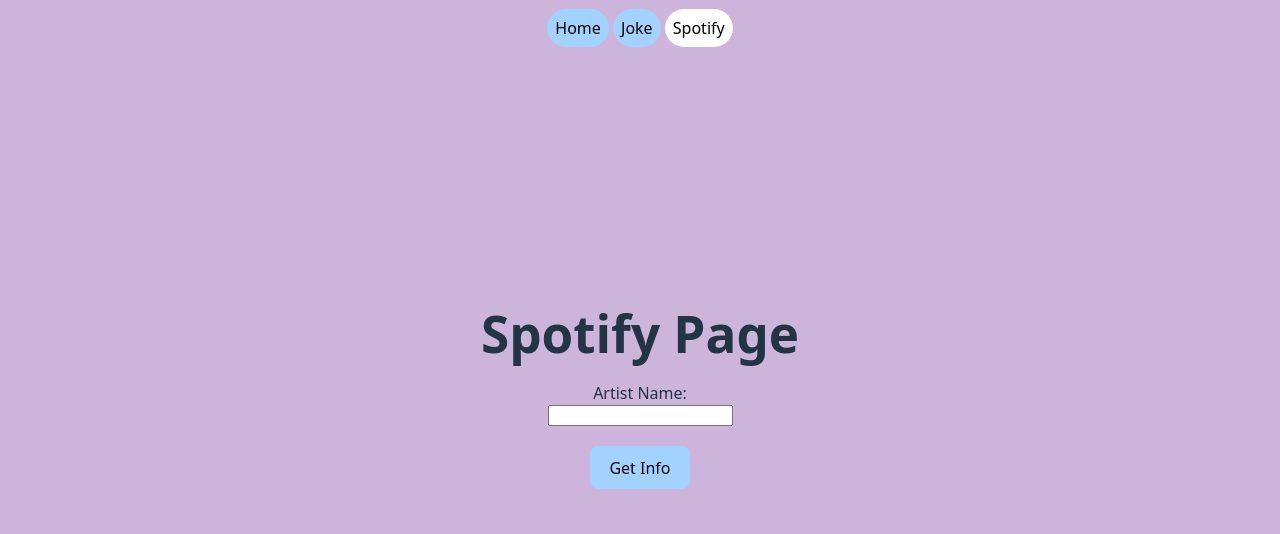
Repository: rosieomusic/spotify-react
Page: /spotify
These files come from the project's save history. The page is drawn as it stood at one moment and after the next save; the edit follows.
The browser window is 1280 px wide. The pictures show the whole page.
The page's requests for data from a server got no answer. The project was rebuilt for these pictures with package versions that can differ from the ones it lists, and the page was loaded fresh each time. No one was signed in, and anything a server would have sent is missing. Settings that the repository does not hold, such as keys and server addresses, were given made-up values. Also part of the build but not shown: vite.config.js, src/pages/HomePage.jsx, src/components/AlbumComponent.jsx, src/services/JokeService.js, src/pages/JokePage.jsx.

Above is the page before, as saved 2025-05-09 19:27:32.

### index.html
<!DOCTYPE html>
<html lang="en">
	<head>
		<meta charset="UTF-8" />
		<link
			rel="icon"
			type="image/svg+xml"
			href="/vite.svg"
		/>
		<meta
			name="viewport"
			content="width=device-width, initial-scale=1.0"
		/>
		<title>Joke and Spotify API</title>
	</head>
	<body>
		<div id="root"></div>
		<script
			type="module"
			src="/src/main.jsx"
		></script>
	</body>
</html>

### src/index.css
:root {
	font-family: system-ui, Avenir, Helvetica, Arial, sans-serif;
	line-height: 1.5;
	font-weight: 400;

	color: black;
	background-color: white;

	font-synthesis: none;
	text-rendering: optimizeLegibility;
	-webkit-font-smoothing: antialiased;
	-moz-osx-font-smoothing: grayscale;
}

a {
	font-weight: 500;
	color: #646cff;
	text-decoration: inherit;
}
a:hover {
	color: #535bf2;
}

h1 {
	font-size: 3.2em;
	line-height: 1.1;
}

button {
	border-radius: 8px;
	border: 1px solid black;
	padding: 0.6em 1.2em;
	font-size: 1em;
	font-weight: 500;
	font-family: inherit;
	background-color: white;
	cursor: pointer;
	transition: border-color 0.25s;
}
button:hover {
	border-color: #646cff;
}
button:focus,
button:focus-visible {
	outline: 4px auto -webkit-focus-ring-color;
}

@media (prefers-color-scheme: light) {
	:root {
		color: #213547;
		background-color: #ffffff;
	}
	a:hover {
		color: #747bff;
	}
	button {
		background-color: #f9f9f9;
	}
}

### src/App.jsx
import './App.css';
import { BrowserRouter, Routes, Link, Route, NavLink } from 'react-router-dom';
import HomePage from './pages/HomePage';
import SpotifyPage from './pages/SpotifyPage';
import JokePage from './pages/JokePage';

function App() {
	return (
		<BrowserRouter>
			<div id='app-container'>
				<nav>
					<NavLink
						to='/'
						className={({ isActive }) =>
							isActive ? 'nav-link active' : 'nav-link'
						}
					>
						Home
					</NavLink>{' '}
					<NavLink
						to='/joke'
						className={({ isActive }) =>
							isActive ? 'nav-link active' : 'nav-link'
						}
					>
						Joke
					</NavLink>{' '}
					<NavLink
						to='/spotify'
						className={({ isActive }) =>
							isActive ? 'nav-link active' : 'nav-link'
						}
					>
						Spotify
					</NavLink>
				</nav>

				<main>
					<Routes>
						<Route
							path='/'
							element={<HomePage />}
						/>
						<Route
							path='/joke'
							element={<JokePage />}
						/>
						<Route
							path='/spotify'
							element={<SpotifyPage />}
						/>
					</Routes>
				</main>
			</div>
		</BrowserRouter>
	);
}

export default App;

### src/App.css
html,
body {
	height: 100%;
	margin: 0;
	padding: 0;
}
#app-container {
	display: flex;
	flex-direction: column;
	min-height: 100dvh;
}

#root {
	max-width: 1280px;
	margin: 0;
	height: 100dvh;
	display: flex;
	justify-content: center;
	align-items: center;
	text-align: center;
}
body {
	background-color: #cdb4db;
}

button {
	background-color: #a2d2ff;
	border: none;
	margin-top: 20px;
	transition: box-shadow 200ms ease-in-out, transform 200ms ease-in-out;

	font: inherit;
	cursor: pointer;
	outline: none;
}
button:focus {
	border: none;
	outline: none;
}
button:active {
}
h1,
p {
	justify-self: center;
	text-align: center;
	align-self: center;
	margin-bottom: 20px;
}

nav {
	text-align: center;
	margin-top: 1rem;
}
a {
	text-decoration: none;
	color: black;
	background-color: #a2d2ff;
	border-radius: 30px;
	padding: 0.5em;
}
.nav-link.active {
	text-decoration: none;
	background-color: white;
	color: black;
}
.nav-link:hover {
	text-decoration: none;
	color: #a2d2ff;
	background-color: black;
}
main {
	flex-grow: 1;
	display: flex;
	flex-direction: column;
	justify-content: center;
	align-items: center;
	text-align: center;
	padding: 1rem;
}

### src/pages/SpotifyPage.jsx
import React from 'react';
import { useState, useEffect } from 'react';
import SpotifyService from '../services/SpotifyService.js';
import AlbumComponent from '../components/AlbumComponent.jsx';

export default function SpotifyPage() {
	const [token, setToken] = useState('');
	const [artistName, setArtistName] = useState('');
	const [artist, setArtist] = useState('');
	const [albums, setAlbums] = useState('');

	function handleChange(event) {
		setArtistName(event.target.value);
	}

	function getArtistInfo() {
		SpotifyService.getArtist(artistName, token).then((response) => {
			//console.log(response);
			setArtist(response.data.artists.items[0]);
		});
	}
	function getAlbumInfo() {
		SpotifyService.getAlbums(artist.id, token).then((response) => {
			console.log(response);
			setAlbums(response.data.items);
		});
	}

	function getAuthToken() {
		SpotifyService.getAuthToken().then((response) => {
			setToken(response.access_token);
		});
	}
	useEffect(() => {
		getAuthToken();
	}, []);
	return (
		<>
			<h1>Spotify Page</h1>
			<label htmlFor='artistName'>Artist Name:</label>
			<input
				type='text'
				value={artistName}
				onChange={handleChange}
			/>
			<button onClick={getArtistInfo}>Get Info</button>
			<div>
				{artist && (
					<>
						<h2>{artist.name}</h2>
						<h2>Popularity: {artist.popularity}</h2>
						<h2>Followers: {artist.followers.total}</h2>
						<h2>Genres: {artist.genres}</h2>
						<button onClick={getAlbumInfo}>Get Albums</button>
						{albums && <AlbumComponent albums={albums} />}
					</>
				)}
			</div>
		</>
	);
}

### src/services/SpotifyService.js
import axios from 'axios';

const client_id = import.meta.env.VITE_SPOTIFY_ID;
const client_secret = import.meta.env.VITE_SPOTIFY_SECRET;
const auth_token = btoa(`${client_id}:${client_secret}`);

export default {
	getAuthToken() {
		return axios
			.post(
				'https://accounts.spotify.com/api/token',
				new URLSearchParams({
					grant_type: 'client_credentials',
				}).toString(),
				{
					headers: {
						'Content-Type': 'application/x-www-form-urlencoded',
						Authorization: 'Basic ' + auth_token,
					},
				}
			)
			.then((response) => response.data);
	},

	getArtist(artistName, token) {
		return axios.get(
			`https://api.spotify.com/v1/search?q=${artistName}&type=artist`,
			{
				headers: { Authorization: 'Bearer ' + token },
			}
		);
	},

	getAlbums(artistId, token) {
		return axios.get(`https://api.spotify.com/v1/artists/${artistId}/albums`, {
			headers: { Authorization: 'Bearer ' + token },
		});
	},
};

Loaded but not shown: src/main.jsx (common file)

After the next save:
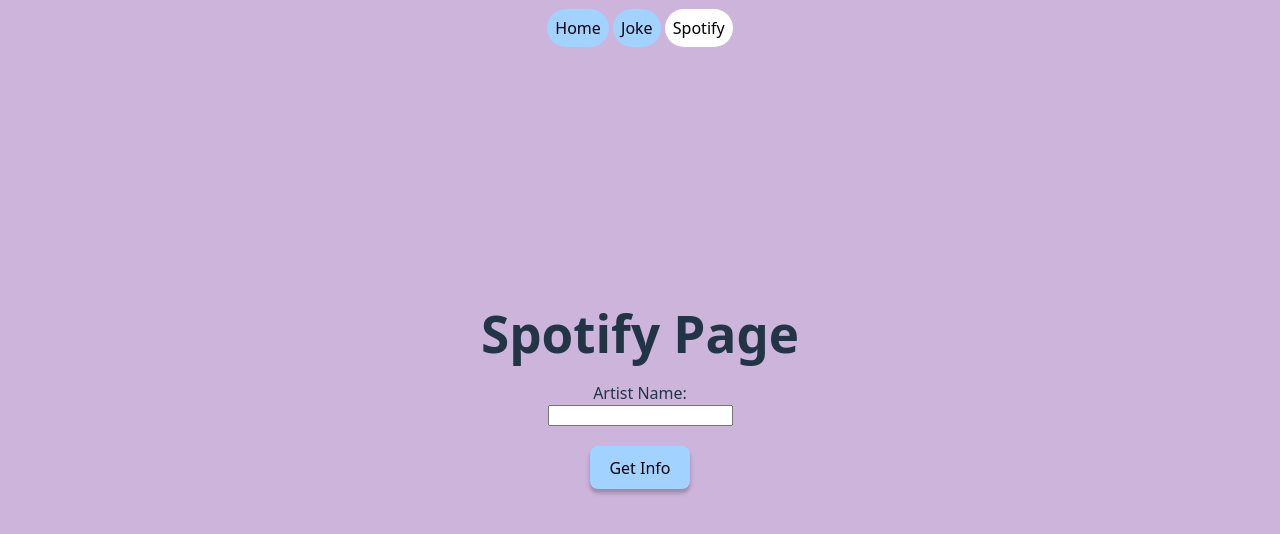
Saved 8 s later.
--- a/src/App.css
+++ b/src/App.css
@@ -28,6 +28,7 @@ button {
 	border: none;
 	margin-top: 20px;
 	transition: box-shadow 200ms ease-in-out, transform 200ms ease-in-out;
+	box-shadow: 0 4px 4px rgba(0, 0, 0, 0.25);
 
 	font: inherit;
 	cursor: pointer;
